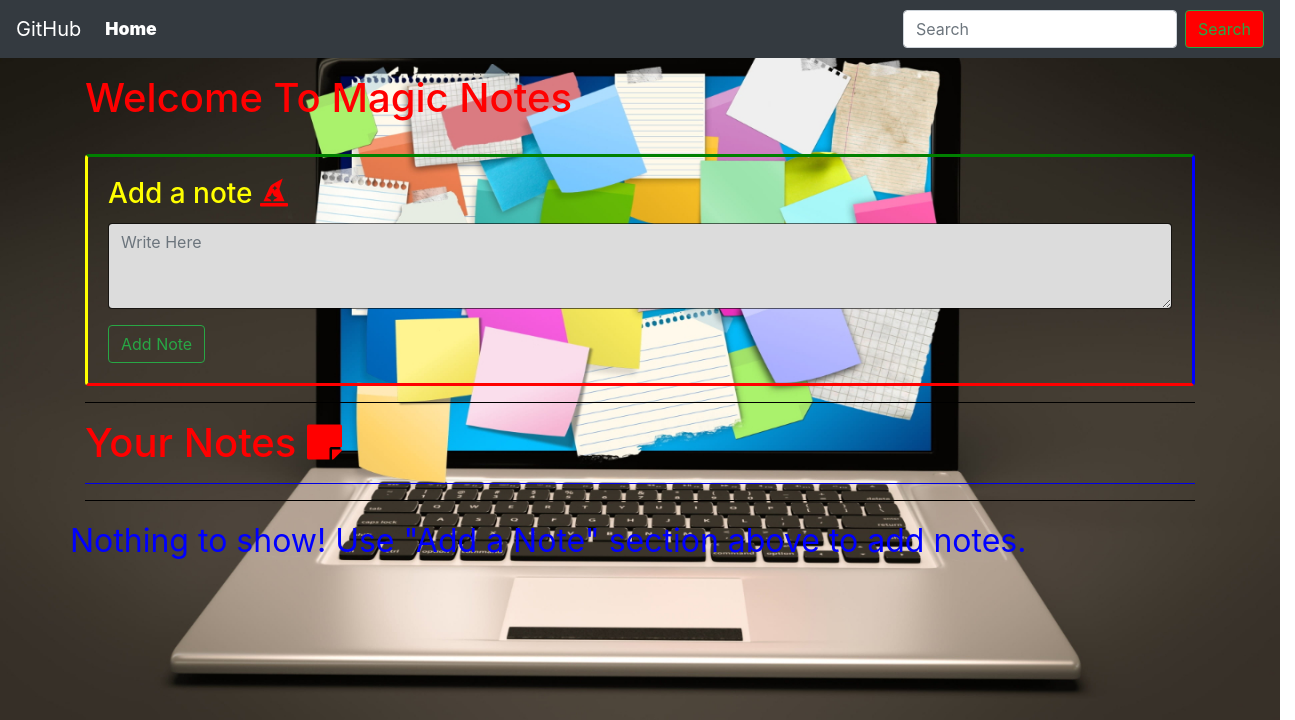
Repository: Prrajainn/Project-MagiCNotes
Page: magicNotes.html
These files come from the project's save history. The page is drawn as it stood at one moment and after a run of saves; the edit follows.
The browser window is 1280 px wide. The page is 1280 px wide, then 1295 px, then 1280 px, so the pictures cover 1295 px, including what lies to the right of the window. The pictures show the whole page.

Above is the page before, as saved 2020-08-11 21:36:50.

### magicNotes.html
<!doctype html>
<html lang="en">

<head>

  <!-- Required meta tags -->
  <meta charset="utf-8">
  <meta name="viewport" content="width=device-width, initial-scale=1, shrink-to-fit=no">

  <!-- Bootstrap CSS -->
  <link rel="stylesheet" href="bootstrap/css/bootstrap.min.css">
  <link rel="stylesheet" href="fontawesome-free-5.13.0-web/css/all.css">
  <link rel="stylesheet" href="CSS/style.css">

  <title> MagiCNotes </title>
  <style>

    body {
      background-image: url("notes2.jpg");

      background-repeat: no-repeat;
      background-size: cover;

      background-attachment: fixed;

    }
  </style>
</head>

<body>

  <nav class="sticky-top navbar navbar-expand-lg navbar-dark bg-dark">
    <a class="navbar-brand" href="https://github.com/Prrajainn">GitHub</a>
    <button class="navbar-toggler" type="button" data-toggle="collapse" data-target="#navbarSupportedContent"
      aria-controls="navbarSupportedContent" aria-expanded="false" aria-label="Toggle navigation">
      <span class="navbar-toggler-icon"></span>
    </button>

    <div class="collapse navbar-collapse" id="navbarSupportedContent">
      <ul class="navbar-nav mr-auto">
        <li class="nav-item active">
          <a class="nav-link" href="magicNotes.html">Home <span class="sr-only">(current)</span></a>
        </li>

      </ul>
      <form class="form-inline my-2 my-lg-0">
        <input class="form-control mr-sm-2" id="searchTxt" type="search" placeholder="Search" aria-label="Search">
        <button style="background-color: red;" class="btn btn-outline-success my-2 my-sm-0"
          type="submit">Search</button>
      </form>
    </div>
  </nav>
  <div class="container my-3">
    <div class="row">
      <div class="col-12">
        <h1 style="color: red">Welcome To Magic Notes</h1>
        <br>
        <div style="border: solid ; background-color: transparent ; border-color:green blue red yellow " class="card">
          <div class="card-body">
            <h3 style="color:yellow;" class="card-title">Add a note <i style="color: red ;"
                class="fas fa-hat-wizard"></i></h3>
            <div class="form-group">

              <textarea placeholder="Write Here"
                style=" border-color: rgba(0, 0, 0, 0.589); background-color: gainsboro; " class="form-control"
                id="addTxt" rows="3"></textarea>
            </div>
            <button class="btn btn-outline-success" id="addBtn">Add Note </button>
          </div>
        </div>
        <hr color="black">
        <h1 style="color: red;">Your Notes <i style="color: red;" class="fas fa-sticky-note"></i></h1>
        <hr color="blue">
        <hr color="black">
        <div id="notes" class="row container-fluid"></div>
      </div>

    </div>
  </div>






    <script src="bootstrap/js/jquery-3.4.1.slim.min.js"></script>
    <script src="bootstrap/js/popper.min.js"></script>
    <script src="bootstrap/js/bootstrap.min.js"></script>
    <script src="app.js"></script>

</body>

</html>

### CSS/style.css
#topheader{
    background-color : blue;
    border-bottom: px solid black;
}
#nocolo{
    color: black;
}
.container-fluid{
    padding-left: 0%;
    padding-right: 0%;
}
nav ul li a{

    font-size: 1.1rem;
    font-weight: 1000 ;
}
/*START OF FOOTER*/
.full-footer{
    background-color:#1e3799;
    width: 100%;
}
.top-footer p{
    color: white;
}
.top-footer a{
 font-weight: 600;
    color: whitesmoke;
}
.top-footer h3{
    color: white;
}
.bottom-footer{
    background-color:teal;
}
.bottom-footer p{
    color: white;
}
/* End of footer*/
.myimage{
    width: 50%;
}
.top-hero{
    background-color: salmon;
}
.sea{
  animation-fill-mode: both;
}

### app.js

console.log("Welcome to notes app. This is app.js");
// Pehle hi show notes islie kiya taaki hamesha pehle dikhaye refresh hone ke baad bhi page
showNotes();

// If user adds a note, add it to the localStorage
let addBtn = document.getElementById("addBtn");
addBtn.addEventListener("click", function(e) {

  let addTxt = document.getElementById("addTxt");
  let notes = localStorage.getItem("notes");
  if (notes == null) {
    notesObj = [];
  } else {
    notesObj = JSON.parse(notes);
  }
  notesObj.push(addTxt.value);
  localStorage.setItem("notes", JSON.stringify(notesObj));
  addTxt.value = "";
//   console.log(notesObj);
  showNotes();
});

// Function to show elements from localStorage
function showNotes() {
  let notes = localStorage.getItem("notes");
  if (notes == null) {
    notesObj = [];
  } else {
    notesObj = JSON.parse(notes);
  }
  let html = "";
  notesObj.forEach(function(element, index) { // element maane andar ka content
    html += `
            <div class="noteCard my-2 mx-2 card " style="width: 18rem;">
                    <div class="card-body">
                        <h5 class="card-title">Note ${index + 1}</h5>
                        <p class="card-text"> ${element}</p>
                        <button id="${index}"onclick="deleteNote(this.id)" class="btn btn-success">Delete Note</button>
                    </div>
                </div>`;
  });
  let notesElm = document.getElementById("notes");
  if (notesObj.length != 0) {
    notesElm.innerHTML = html;
  } else {//notesElm.setAttribute('style','color: blue' );
  notesElm.setAttribute('style','font-size: 200% ; color: blue' );
    notesElm.innerHTML = `  Nothing to show! Use "Add a Note" section above to add notes.`;
  }
}

// Function to delete a note
function deleteNote(index) {
//   console.log("I am deleting", index);

  let notes = localStorage.getItem("notes");
  if (notes == null) {
    notesObj = [];
  } else {
    notesObj = JSON.parse(notes);
  }

  notesObj.splice(index, 1);
  localStorage.setItem("notes", JSON.stringify(notesObj)); // update kar rhe hein
  showNotes();// firse show kar rhe hein
}


let search = document.getElementById('searchTxt');
search.addEventListener("input", function(){

    let inputVal = search.value.toLowerCase();
    // console.log('Input event fired!', inputVal);
    let noteCards = document.getElementsByClassName('noteCard');
    Array.from(noteCards).forEach(function(element){
        let cardTxt = element.getElementsByTagName("p")[0].innerText;
        if(cardTxt.includes(inputVal)){
            element.style.display = "block";
        }
        else{
            element.style.display = "none";
        }
        // console.log(cardTxt);
    })
})

/*
Further Features:
1. Add Title
2. Mark a note as Important
3. Separate notes by user
4. Sync and host to web server
*/

Loaded but not shown: bootstrap/css/bootstrap.min.css (library); fontawesome-free-5.13.0-web/css/all.css (library); bootstrap/js/jquery-3.4.1.slim.min.js (library); bootstrap/js/popper.min.js (library); bootstrap/js/bootstrap.min.js (library)

After the next 2 saves:
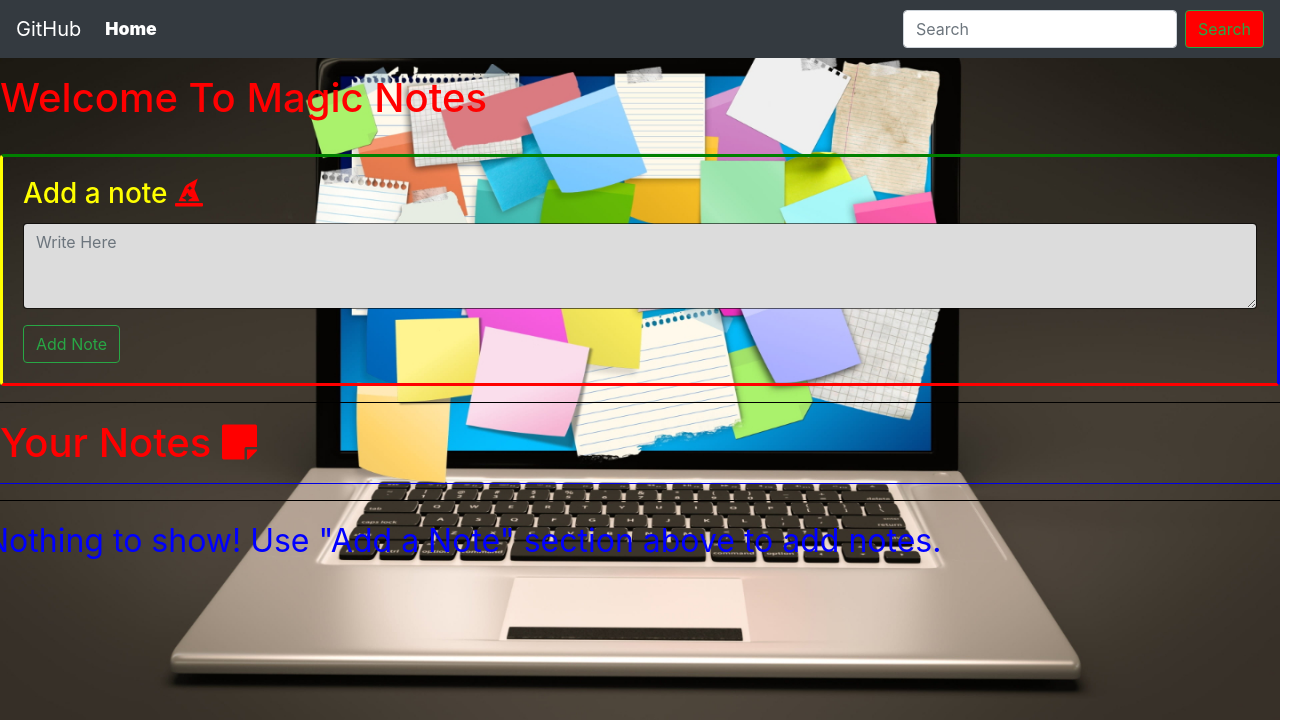
The 2 saves are shown as one change because they came seconds apart.
The last was saved 46 s later.
--- a/magicNotes.html
+++ b/magicNotes.html
@@ -50,7 +50,7 @@
       </form>
     </div>
   </nav>
-  <div class="container my-3">
+  <div class="container-fluid my-3">
     <div class="row">
       <div class="col-12">
         <h1 style="color: red">Welcome To Magic Notes</h1>

After the save that followed:
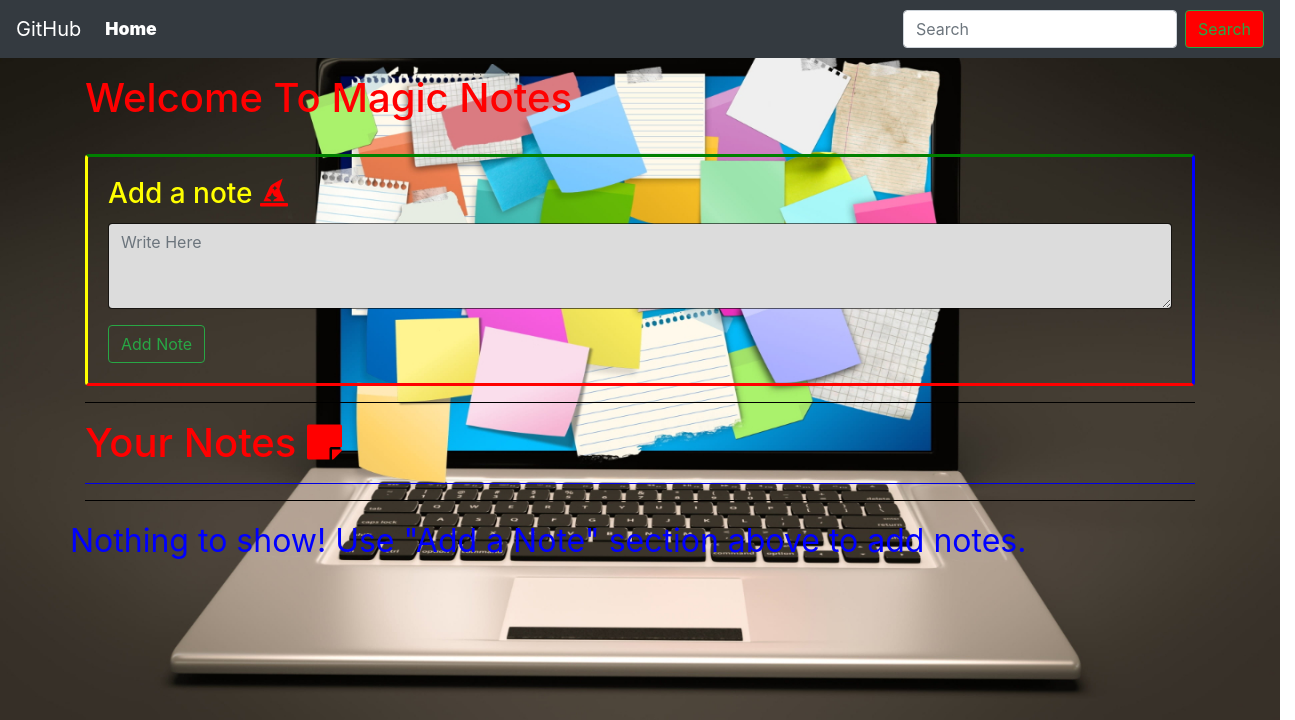
Saved 17 s later.
--- a/magicNotes.html
+++ b/magicNotes.html
@@ -50,7 +50,7 @@
       </form>
     </div>
   </nav>
-  <div class="container-fluid my-3">
+  <div class="container my-3">
     <div class="row">
       <div class="col-12">
         <h1 style="color: red">Welcome To Magic Notes</h1>
